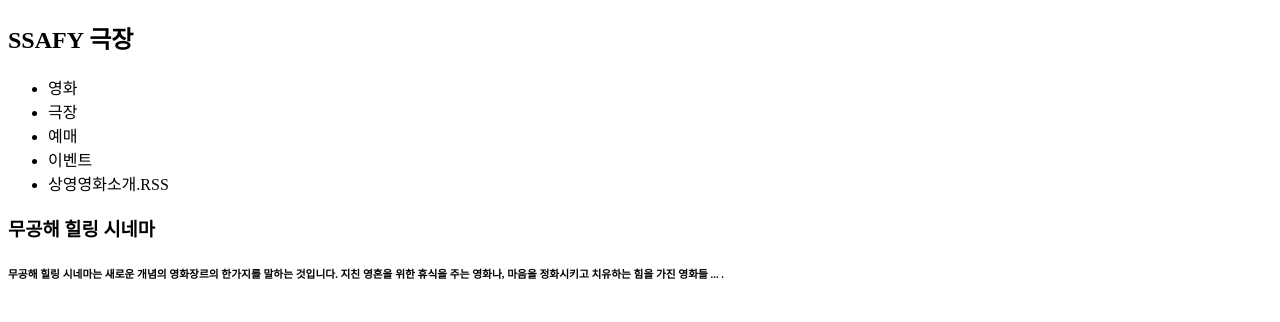
Repository: Seonhanbit/dev
Page: work_frontend/ws_frontend_0826_선한빛/WebContent/index.html
The author's editor kept a copy of each file at every save. The page is drawn from the files as they stood at one save, then again after the next save.
The browser window is 1280 px wide. The pictures show the whole page.

Above is the page before, as saved 2019-08-26 07:00:53.

### work_frontend/ws_frontend_0826_선한빛/WebContent/index.html
<!DOCTYPE html>
<html>
<head>
<meta charset="UTF-8">
<title>Insert title here</title>
</head>
<body>
	<section>
		<h1>SSAFY 극장</h1>
		<ul>
			<li>영화</li>
			<li>극장</li>
			<li>예매</li>
			<li>이벤트</li>
			<li>상영영화소개.RSS</li>
		</ul>
	</section>
	<section>
		<h3>무공해 힐링 시네마</h3>
		<h6>무공해 힐링 시네마는 새로운 개념의 영화장르의 한가지를 말하는 것입니다. 지친 영혼을 위한
		휴식을 주는 영화나, 마음을 정화시키고 치유하는 힘을 가진 영화들 ... .</h6>
	</section>
</body>
</html>

After the next save:
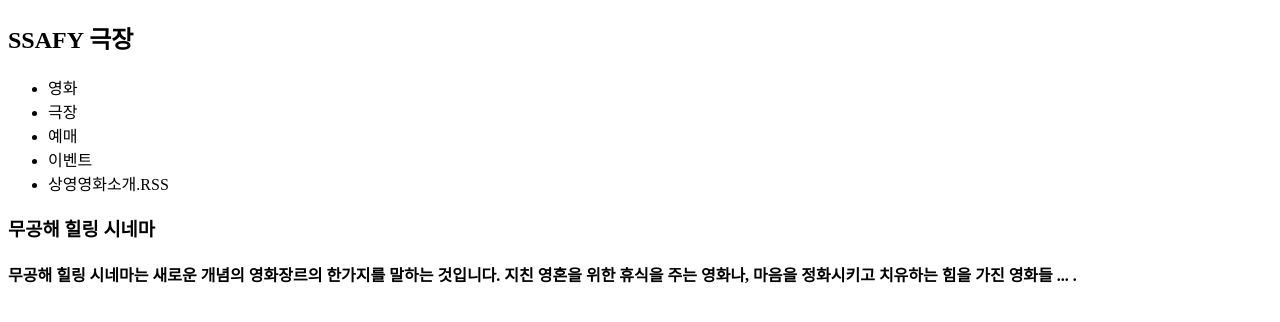
Saved 8 s later.
--- a/work_frontend/ws_frontend_0826_선한빛/WebContent/index.html
+++ b/work_frontend/ws_frontend_0826_선한빛/WebContent/index.html
@@ -17,8 +17,8 @@
 	</section>
 	<section>
 		<h3>무공해 힐링 시네마</h3>
-		<h6>무공해 힐링 시네마는 새로운 개념의 영화장르의 한가지를 말하는 것입니다. 지친 영혼을 위한
-		휴식을 주는 영화나, 마음을 정화시키고 치유하는 힘을 가진 영화들 ... .</h6>
+		<h4>무공해 힐링 시네마는 새로운 개념의 영화장르의 한가지를 말하는 것입니다. 지친 영혼을 위한
+		휴식을 주는 영화나, 마음을 정화시키고 치유하는 힘을 가진 영화들 ... .</h4>
 	</section>
 </body>
 </html>
